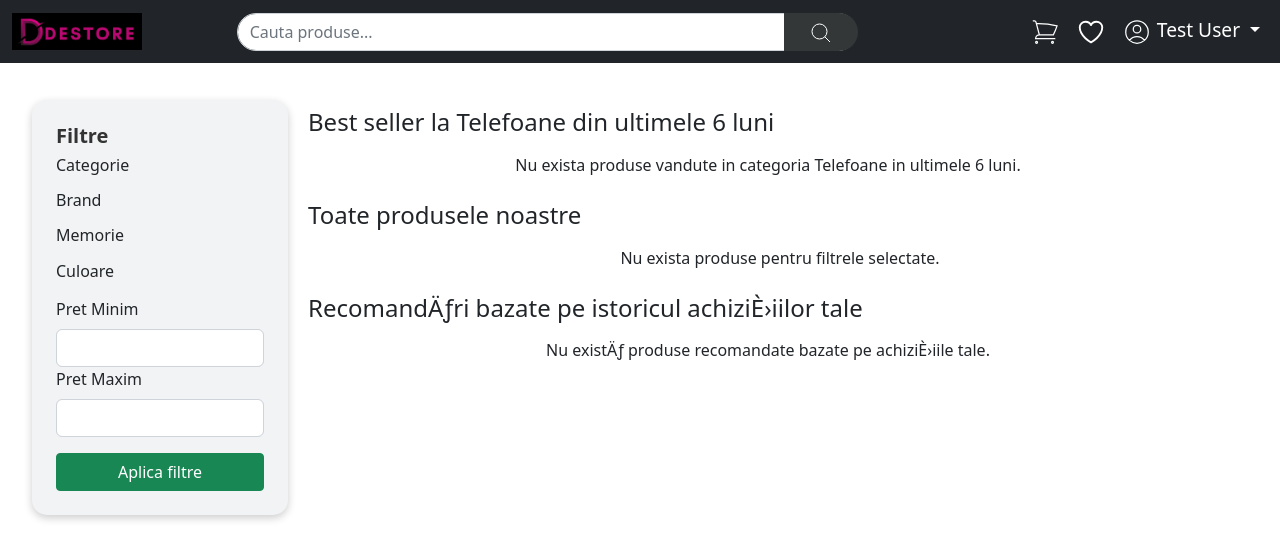
Repository: deni-ITrandafir/E-commerce-app
Page: http://localhost/ddeStore/ProductFilterServlet
These files come from the project's save history. The page is drawn as it stood at one moment and after the next save; the edit follows.
The browser window is 1280 px wide. The pictures show the whole page.
The page is served by Tomcat 10. The session is filled in as if someone had signed in: {"name": "Test User", "prenume": 1, "email": "test@example.com", "ID_Utilizator": 1}. Other server files are loaded and not shown. Queries for data that is not in the repository find no rows.

Above is the page before, as saved 2025-01-14 20:06:45.

### DDEstore Application/ddeStore/src/main/webapp/user/index.jsp

<%@ page import="java.util.List" %>
<%@ page import="java.util.Map" %>
<%@ page import="java.util.Arrays" %>
<%@ page import="java.util.ArrayList" %>


<%
   Map<String, List<String>> filters = (Map<String, List<String>>) request.getAttribute("filters");
   List<Map<String, String>> products = (List<Map<String, String>>) request.getAttribute("products");
%>
<%
    List<Integer> favoriteProductIds = (List<Integer>) request.getAttribute("favoriteProductIds");
%>
<%
    List<Map<String, String>> cartProducts = (List<Map<String, String>>) request.getAttribute("cartProducts");
%>


<!DOCTYPE html>
<html lang="en">
<head>
    <meta charset="UTF-8">
    <meta name="viewport" content="width=device-width, initial-scale=1.0">
    <title>DDEstore</title>
    <link href="https://cdn.jsdelivr.net/npm/bootstrap@5.1.3/dist/css/bootstrap.min.css" rel="stylesheet">
    <link rel="stylesheet" href="/ddeStore/css/user.css">
    <script src="https://code.jquery.com/jquery-3.6.0.min.js"></script>

    <style>
	    .popup {
	    position: fixed;
	    bottom: 20px;
	    right: 20px;
	    background-color: #4caf50;
	    color: white;
	    padding: 10px 20px;
	    border-radius: 5px;
	    box-shadow: 0 2px 5px rgba(0, 0, 0, 0.3);
	    z-index: 1000;
	    animation: fadeInOut 3s ease-in-out;
		}

		.popup.error {
		    background-color: #f44336; /* Roșu pentru erori */
		}

		@keyframes fadeInOut {
		    0% { opacity: 0; transform: translateY(20px); }
		    10% { opacity: 1; transform: translateY(0); }
		    90% { opacity: 1; transform: translateY(0); }
		    100% { opacity: 0; transform: translateY(20px); }
		}

    </style>
</head>
<body>
    <!-- Navbar -->
    <nav class="navbar navbar-expand-lg navbar-dark bg-dark fixed-top">
        <div class="container-fluid">
            <a class="navbar-brand" href="/ddeStore/user/index.jsp">
                <img src="/ddeStore/assets/logo2.jpg" alt="Logo" style="width: 130px;">
            </a>
            <form class="d-flex w-50 position-relative">
			    <input class="form-control me-2" type="search" id="search" name="query" placeholder="Cauta produse..." aria-label="Search" onkeyup="searchProducts(this.value)">
			    <button class="btn buton-cauta position-absolute end-0 py-1 px-4"  type="submit"
			    		style="height: 100%; border-radius: 0px 20px 20px 0px; margin-right: 7px; background-color: #343737; color: white;">
			        <svg xmlns="http://www.w3.org/2000/svg" style="width:24px;" fill="none" viewBox="0 0 24 24" strokeWidth={1.5} stroke="currentColor">
			            <path strokeLinecap="round" strokeLinejoin="round" d="m21 21-5.197-5.197m0 0A7.5 7.5 0 1 0 5.196 5.196a7.5 7.5 0 0 0 10.607 10.607Z" />
			        </svg>
			    </button>
			</form>

			<div id="autocomplete-list" class="autocomplete-items"></div>
            <ul class="navbar-nav mb-2 mb-lg-0">
                <li class="nav-item">
                    <a class="nav-link" href="/ddeStore/CartServlet">
                        <svg xmlns="http://www.w3.org/2000/svg" style="width:30px; height:30px;" fill="none" viewBox="0 0 24 24" strokeWidth="1.5" stroke="currentColor" class="size-6">
                          <path strokeLinecap="round" strokeLinejoin="round" d="M2.25 3h1.386c.51 0 .955.343 1.087.835l.383 1.437M7.5 14.25a3 3 0 0 0-3 3h15.75m-12.75-3h11.218c1.121-2.3 2.1-4.684 2.924-7.138a60.114 60.114 0 0 0-16.536-1.84M7.5 14.25 5.106 5.272M6 20.25a.75.75 0 1 1-1.5 0 .75.75 0 0 1 1.5 0Zm12.75 0a.75.75 0 1 1-1.5 0 .75.75 0 0 1 1.5 0Z" />
                        </svg>
                    </a>
                </li>
                <li class="nav-item">
                    <a class="nav-link" href="/ddeStore/FavoritesServlet">
					    <svg xmlns="http://www.w3.org/2000/svg" style="width:30px; height:30px;" fill="none" viewBox="0 0 24 24" stroke-width="1.5" stroke="currentColor" >
					        <path stroke-linecap="round" stroke-linejoin="round" d="M21 8.25c0-2.485-2.099-4.5-4.688-4.5-1.935 0-3.597 1.126-4.312 2.733-.715-1.607-2.377-2.733-4.313-2.733C5.1 3.75 3 5.765 3 8.25c0 7.22 9 12 9 12s9-4.78 9-12Z" />
					    </svg>
					</a>

                </li>
                <li class="nav-item dropdown">
                    <a class="nav-link dropdown-toggle" href="#" id="navbarDropdown" role="button" data-bs-toggle="dropdown" aria-expanded="false">
                        <svg xmlns="http://www.w3.org/2000/svg" style="width:30px; height:30px;" fill="none" viewBox="0 0 24 24" strokeWidth="1.5" stroke="currentColor" class="size-6">
                          <path strokeLinecap="round" strokeLinejoin="round" d="M17.982 18.725A7.488 7.488 0 0 0 12 15.75a7.488 7.488 0 0 0-5.982 2.975m11.963 0a9 9 0 1 0-11.963 0m11.963 0A8.966 8.966 0 0 1 12 21a8.966 8.966 0 0 1-5.982-2.275M15 9.75a3 3 0 1 1-6 0 3 3 0 0 1 6 0Z" />
                        </svg>
                        <%= session.getAttribute("name") %>
                    </a>
                    <ul class="dropdown-menu dropdown-menu-end" aria-labelledby="navbarDropdown">
                        <li><a class="dropdown-item" href="/ddeStore/user/account.jsp">Cont</a></li>
                        <li><hr class="dropdown-divider"></li>
                        <li><a class="dropdown-item" href="/ddeStore/logout">Logout</a></li>
                    </ul>
                </li>
            </ul>
        </div>
    </nav>

    <div class="container-fluid d-flex justify-content-center align-items-center" style="margin-top: 100px; ">
        <div class="row">
            <!-- Sidebar Filters -->
            <div class="col-filtre">
                <div class="bg-light p-4">
                    <h5>Filtre</h5>
                    <form id="filterForm" action="/ddeStore/ProductFilterServlet" method="get">
                        <!-- Categorie -->
                        <div class="mb-3">
                            <h6>Categorie</h6>
                            <% if (filters != null && filters.containsKey("categories")) {
                                List<String> selectedCategories = request.getParameterValues("categories") != null ? Arrays.asList(request.getParameterValues("categories")) : new ArrayList<>();
                                for (String category : filters.get("categories")) { %>
                                    <div class="form-check">
                                        <input class="form-check-input" type="checkbox" name="categories" value="<%= category %>"
                                            <% if (selectedCategories.contains(category)) { %>checked<% } %>>
                                        <label class="form-check-label"><%= category %></label>
                                    </div>
                            <% }} %>
                        </div>

                        <!-- Brand -->
                        <div class="mb-3">
                            <h6>Brand</h6>
                            <% if (filters != null && filters.containsKey("brands")) {
                                List<String> selectedBrands = request.getParameterValues("brands") != null ? Arrays.asList(request.getParameterValues("brands")) : new ArrayList<>();
                                for (String brand : filters.get("brands")) { %>
                                    <div class="form-check">
                                        <input class="form-check-input" type="checkbox" name="brands" value="<%= brand %>"
                                            <% if (selectedBrands.contains(brand)) { %>checked<% } %>>
                                        <label class="form-check-label"><%= brand %></label>
                                    </div>
                            <% }} %>
                        </div>

                        <!-- Memorie -->
                        <div class="mb-3">
                            <h6>Memorie</h6>
                            <% if (filters != null && filters.containsKey("memories")) {
                                List<String> selectedMemories = request.getParameterValues("memories") != null ? Arrays.asList(request.getParameterValues("memories")) : new ArrayList<>();
                                for (String memory : filters.get("memories")) { %>
                                    <div class="form-check">
                                        <input class="form-check-input" type="checkbox" name="memories" value="<%= memory %>"
                                            <% if (selectedMemories.contains(memory)) { %>checked<% } %>>
                                        <label class="form-check-label"><%= memory %></label>
                                    </div>
                            <% }} %>
                        </div>

                        <!-- Culoare -->
                        <div class="mb-3">
                            <h6>Culoare</h6>
                            <% if (filters != null && filters.containsKey("colors")) {
                                List<String> selectedColors = request.getParameterValues("colors") != null ? Arrays.asList(request.getParameterValues("colors")) : new ArrayList<>();
                                for (String color : filters.get("colors")) { %>
                                    <div class="form-check">
                                        <input class="form-check-input" type="checkbox" name="colors" value="<%= color %>"
                                            <% if (selectedColors.contains(color)) { %>checked<% } %>>
                                        <label class="form-check-label"><%= color %></label>
                                    </div>
                            <% }} %>
                        </div>

                        <!-- Price -->
                        <div class="mb-3">
                            <label for="priceMin" class="form-label">Pret Minim</label>
                            <input type="number" id="priceMin" name="priceMin" class="form-control" value="<%= request.getParameter("priceMin") != null ? request.getParameter("priceMin") : "" %>">
                            <label for="priceMax" class="form-label">Pret Maxim</label>
                            <input type="number" id="priceMax" name="priceMax" class="form-control" value="<%= request.getParameter("priceMax") != null ? request.getParameter("priceMax") : "" %>">
                        </div>
                        <button type="submit" class="btn btn-success w-100">Aplica filtre</button>
                    </form>
                </div>
            </div>



            <!-- Products Section -->
			<div class="col-md-9" style="margin-right:20px;">
			    <div class="row">
				    <!-- Best seller din ultimele 6 luni -->
					<h4 class="text-left p-2">Best seller la Telefoane din ultimele 6 luni</h4>
					<div class="row">
						    <%
						        List<Map<String, String>> bestSellingProducts = (List<Map<String, String>>) request.getAttribute("bestSellingProducts");
						        if (bestSellingProducts != null && !bestSellingProducts.isEmpty()) {
						            for (Map<String, String> product : bestSellingProducts) {
						     %>
					        <div class="col-md-4">
					            <div class="card mb-4">
					                <!-- Icon pentru favorite -->
									<svg xmlns="http://www.w3.org/2000/svg" style="width:25px; height:25px; cursor: pointer;"
									     fill="<%= favoriteProductIds.contains(Integer.parseInt(product.get("ID_Produs"))) ? "red" : "none" %>"
									     viewBox="0 0 24 24" stroke-width="1.5" stroke="currentColor" class="favorite-icon"
									     onclick="toggleFavorite('<%= product.get("ID_Produs") %>', this)">
									    <path stroke-linecap="round" stroke-linejoin="round"
									          d="M21 8.25c0-2.485-2.099-4.5-4.688-4.5-1.935 0-3.597 1.126-4.312 2.733-.715-1.607-2.377-2.733-4.313-2.733C5.1 3.75 3 5.765 3 8.25c0 7.22 9 12 9 12s9-4.78 9-12Z" />
									</svg>

					                <!-- Imaginea produsului -->
					                <img src="<%= product.get("Imagine") %>" class="card-img-top" alt="<%= product.get("Brand") %>">

					                <div class="card-body">
					                    <!-- Titlul produsului -->
					                    <h5 class="card-title"><%= product.get("Brand") %> - <%= product.get("Model") %></h5>

					                    <!-- Informații suplimentare -->
					                    <p class="card-text"><%= product.get("Memorie") %>, <%= product.get("Culoare") %></p>

					                    <!-- Prețul produsului -->
					                    <p class="card-price">
					                        <%= product.get("Pret") %> Lei
					                    </p>

					                    <!-- Buton pentru adăugare în coș -->
										<button class="cart-btn"
												onclick="addToCart('<%= product.get("ID_Produs") %>')">
										    <svg xmlns="http://www.w3.org/2000/svg" fill="none" viewBox="0 0 24 24" strokeWidth="1.5" stroke="currentColor" class="size-6">
										        <path strokeLinecap="round" strokeLinejoin="round" d="M2.25 3h1.386c.51 0 .955.343 1.087.835l.383 1.437M7.5 14.25a3 3 0 0 0-3 3h15.75m-12.75-3h11.218c1.121-2.3 2.1-4.684 2.924-7.138a60.114 60.114 0 0 0-16.536-1.84M7.5 14.25 5.106 5.272M6 20.25a.75.75 0 1 1-1.5 0 .75.75 0 0 1 1.5 0Zm12.75 0a.75.75 0 1 1-1.5 0 .75.75 0 0 1 1.5 0Z" />
										    </svg>
										</button>
					                </div>
					            </div>
					        </div>
					    <%
					            }
					        } else {
					    %>
					        <p class="text-center">Nu exista produse vandute in categoria Telefoane in ultimele 6 luni.</p>
					    <% } %>
					</div>


			    	<!-- Toate produsele -->
			    	<h4 class="text-left p-2">Toate produsele noastre</h4>
			        <% if (products != null && !products.isEmpty()) {
			            for (Map<String, String> product : products) { %>
			                <div class="col-md-4">
			                    <div class="card mb-4">
			                        <!-- Icon pentru favorite -->
									<svg xmlns="http://www.w3.org/2000/svg" style="width:25px; height:25px; cursor: pointer;"
									     fill="<%= favoriteProductIds.contains(Integer.parseInt(product.get("ID_Produs"))) ? "red" : "none" %>"
									     viewBox="0 0 24 24" stroke-width="1.5" stroke="currentColor" class="favorite-icon"
									     onclick="toggleFavorite('<%= product.get("ID_Produs") %>', this)">
									    <path stroke-linecap="round" stroke-linejoin="round"
									          d="M21 8.25c0-2.485-2.099-4.5-4.688-4.5-1.935 0-3.597 1.126-4.312 2.733-.715-1.607-2.377-2.733-4.313-2.733C5.1 3.75 3 5.765 3 8.25c0 7.22 9 12 9 12s9-4.78 9-12Z" />
									</svg>
			                        <!-- Imaginea produsului -->
			                        <img src="<%= product.get("Imagine") %>" class="card-img-top" alt="<%= product.get("Brand") %>">

			                        <div class="card-body">
			                            <!-- Titlul produsului -->
			                            <h5 class="card-title"><%= product.get("Brand") %> - <%= product.get("Model") %></h5>

			                            <!-- Informații suplimentare -->
			                            <p class="card-text"><%= product.get("Memorie") %>, <%= product.get("Culoare") %></p>

			                            <!-- Prețul produsului -->
			                            <p class="card-price">
			                                <%= product.get("Pret") %><sup></sup> Lei
			                            </p>

			                            <!-- Buton pentru adăugare în coș -->
										<button class="cart-btn"
												onclick="addToCart('<%= product.get("ID_Produs") %>')">
										    <svg xmlns="http://www.w3.org/2000/svg" fill="none" viewBox="0 0 24 24" strokeWidth="1.5" stroke="currentColor" class="size-6">
										        <path strokeLinecap="round" strokeLinejoin="round" d="M2.25 3h1.386c.51 0 .955.343 1.087.835l.383 1.437M7.5 14.25a3 3 0 0 0-3 3h15.75m-12.75-3h11.218c1.121-2.3 2.1-4.684 2.924-7.138a60.114 60.114 0 0 0-16.536-1.84M7.5 14.25 5.106 5.272M6 20.25a.75.75 0 1 1-1.5 0 .75.75 0 0 1 1.5 0Zm12.75 0a.75.75 0 1 1-1.5 0 .75.75 0 0 1 1.5 0Z" />
										    </svg>
										</button>




			                        </div>
			                    </div>
			                </div>
			        <% }} else { %>
			            <p class="text-center">Nu exista produse pentru filtrele selectate.</p>
			        <% } %>




<!-- Recomandări produse -->
<h4 class="text-left p-2">Recomandări bazate pe istoricul achizițiilor tale</h4>
<div class="row">
    <%
        List<Map<String, String>> recommendedProducts = (List<Map<String, String>>) request.getAttribute("recommendedProducts");
        if (recommendedProducts != null && !recommendedProducts.isEmpty()) {
            for (Map<String, String> product : recommendedProducts) {
     %>
    <div class="col-md-4">
        <div class="card mb-4">
            <!-- Icon pentru favorite -->
            <svg xmlns="http://www.w3.org/2000/svg" style="width:25px; height:25px; cursor: pointer;"
                 fill="<%= favoriteProductIds.contains(Integer.parseInt(product.get("ID_Produs"))) ? "red" : "none" %>"
                 viewBox="0 0 24 24" stroke-width="1.5" stroke="currentColor" class="favorite-icon"
                 onclick="toggleFavorite('<%= product.get("ID_Produs") %>', this)">
                <path stroke-linecap="round" stroke-linejoin="round"
                      d="M21 8.25c0-2.485-2.099-4.5-4.688-4.5-1.935 0-3.597 1.126-4.312 2.733-.715-1.607-2.377-2.733-4.313-2.733C5.1 3.75 3 5.765 3 8.25c0 7.22 9 12 9 12s9-4.78 9-12Z" />
            </svg>

            <!-- Imaginea produsului -->
            <img src="<%= product.get("Imagine") %>" class="card-img-top" alt="<%= product.get("Brand") %>">

            <div class="card-body">
                <!-- Titlul produsului -->
                <h5 class="card-title"><%= product.get("Brand") %> - <%= product.get("Model") %></h5>

                <!-- Informații suplimentare -->
                <p class="card-text"><%= product.get("Memorie") %>, <%= product.get("Culoare") %></p>

                <!-- Prețul produsului -->
                <p class="card-price">
                    <%= product.get("Pret") %> Lei
                </p>

                <!-- Buton pentru adăugare în coș -->
                <button class="cart-btn"
                        onclick="addToCart('<%= product.get("ID_Produs") %>')">
                    <svg xmlns="http://www.w3.org/2000/svg" fill="none" viewBox="0 0 24 24" strokeWidth="1.5" stroke="currentColor" class="size-6">
                        <path strokeLinecap="round" strokeLinejoin="round" d="M2.25 3h1.386c.51 0 .955.343 1.087.835l.383 1.437M7.5 14.25a3 3 0 0 0-3 3h15.75m-12.75-3h11.218c1.121-2.3 2.1-4.684 2.924-7.138a60.114 60.114 0 0 0-16.536-1.84M7.5 14.25 5.106 5.272M6 20.25a.75.75 0 1 1-1.5 0 .75.75 0 0 1 1.5 0Zm12.75 0a.75.75 0 1 1-1.5 0 .75.75 0 0 1 1.5 0Z" />
                    </svg>
                </button>
            </div>
        </div>
    </div>
    <%
            }
        } else {
    %>
    <p class="text-center">Nu există produse recomandate bazate pe achizițiile tale.</p>
    <% } %>
</div>





			    </div>
			</div>

        </div>
    </div>

    <script src="https://cdn.jsdelivr.net/npm/bootstrap@5.1.3/dist/js/bootstrap.bundle.min.js"></script>
    <script src="/ddeStore/js/user.js"></script>
    <script>
	    function toggleFavorite(productId, iconElement) {
	        // Determină acțiunea pe baza atributului `fill`
	        const currentFill = window.getComputedStyle(iconElement).getPropertyValue("fill");
	        const action = currentFill === "rgb(255, 0, 0)" ? "remove" : "add"; // Verifică dacă este roșu

	        // Creează corpul cererii pentru fetch
	        const formData = new URLSearchParams();
	        formData.append("action", action);
	        formData.append("id", productId);

	        // Trimite cererea către servlet
	        fetch('/ddeStore/FavoritesServlet', {
	            method: 'POST',
	            headers: { 'Content-Type': 'application/x-www-form-urlencoded' },
	            body: formData.toString(),
	        })
	        .then(response => response.json())
	        .then(data => {
	            if (data.success) {
	                // Actualizează culoarea inimii pe baza acțiunii
	                if (action === "add") {
	                    iconElement.style.fill = "red"; // Setează culoarea ca roșu
	                } else if (action === "remove") {
	                    iconElement.style.fill = "none"; // Setează culoarea ca transparent
	                }
	                showPopup(data.message || (action === "add" ? "Produs adăugat la favorite!" : "Produs eliminat din favorite!"));
	            } else {
	                showPopup(data.message || "Eroare la procesare.");
	            }
	        })
	        .catch(error => {
	            console.error("Eroare:", error);
	            showPopup("A apărut o eroare la server. Încercați din nou.");
	        });
	    }

	    function addToCart(productId) {
	        const formData = new URLSearchParams();
	        formData.append("id", productId);

	        fetch('/ddeStore/CartAddServlet', {
	            method: 'POST',
	            headers: { 'Content-Type': 'application/x-www-form-urlencoded' },
	            body: formData.toString(),
	        })
	        .then(response => response.json())
	        .then(data => {
	            if (data.success) {
	                showPopup(data.message || "Produs adăugat în coș!");
	            } else {
	                showPopup(data.message || "Eroare la adăugarea în coș.");
	            }
	        })
	        .catch(error => {
	            console.error("Eroare:", error);
	            showPopup("A apărut o eroare la server. Încercați din nou.");
	        });
	    }

	    function showPopup(message) {
	        const popup = document.createElement('div');
	        popup.className = 'popup';
	        popup.textContent = message;

	        document.body.appendChild(popup);

	        setTimeout(() => {
	            popup.remove();
	        }, 3000); // Popup-ul dispare după 3 secunde
	    }




	</script>

</body>
</html>

### DDEstore Application/ddeStore/src/main/webapp/css/user.css

.navbar {
    background-color: #343a40;
}

.navbar-brand img {
    max-height: 50px;
}

.navbar .form-control {
    border-radius: 20px;
}

.navbar .nav-link {
    color: #ffffff !important;
    font-size: 1.2rem;
}

.navbar .dropdown-menu {
    background-color: #343a40;
    border: none;
}

.navbar .dropdown-menu .dropdown-item {
    color: #ffffff;
}

.navbar .dropdown-menu .dropdown-item:hover {
    background-color: #495057;
    color: #ffffff;
}
.col-filtre{
	width: 300px;
}
.bg-light {
    background-color: #f2f3f4 !important;
    border-radius: 15px;
    box-shadow: 0 3px 9px rgba(0, 0, 0, 0.2);
    margin-left: 20px;
}


.bg-light h5 {
    font-weight: bold;
    color: #333;
}

.bg-light .form-check-label {
    font-size: 0.9rem;
    color: #555;
}

.bg-light .form-check-input {
    accent-color: #007bff;
}

.bg-light .form-control {
    border-radius: 6px;
}

.bg-light .btn-primary {
    background-color: #007bff;
    border: none;
    border-radius: 6px;
    font-weight: bold;
    transition: background-color 0.3s;
}

.bg-light .btn-primary:hover {
    background-color: #0056b3;
}

.card {
    border: 1px solid #e5e5e5;
    border-radius: 10px;
    padding: 10px;
    background-color: #ffffff;
    box-shadow: 0px 2px 6px rgba(0, 0, 0, 0.1);
    transition: transform 0.3s, box-shadow 0.3s;
    position: relative;
}


.card img {
    width: 100%;
    height: auto;
    border-radius: 8px;
    object-fit: contain;
}

.card .badge {
    position: absolute;
    top: 10px;
    left: 10px;
    background: linear-gradient(45deg, #ff0076, #7e00ff);
    color: #fff;
    padding: 5px 10px;
    border-radius: 20px;
    font-size: 0.8rem;
    font-weight: bold;
}

.card .favorite-icon {
    position: absolute;
    top: 10px;
    right: 10px;
    color: #555;
    font-size: 1.5rem;
    cursor: pointer;
    transition: color 0.3s;
}

.card .favorite-icon:hover {
    color: #ff0076;
}

.card-title {
    font-size: 1rem;
    font-weight: bold;
    margin: 10px 0;
    color: #333;
    text-align: left;
}

.card-price {
    font-size: 1.2rem;
    color: #ff0000;
    font-weight: bold;
    text-align: left;
}

.card-price sup {
    font-size: 0.8rem;
}

.card .cart-btn {
    background-color: #007bff;
    color: #ffffff;
    border: none;
    border-radius: 20%;
    width: 40px;
    height: 40px;
    position: absolute;
    bottom: 10px;
    right: 10px;
    display: flex;
    justify-content: center;
    align-items: center;
    box-shadow: 0px 2px 4px rgba(0, 0, 0, 0.1);
    transition: background-color 0.3s, transform 0.3s;
}

.card .cart-btn:hover {
    background-color: #0056b3;
    transform: scale(1.1);
}

Loaded but not shown: DDEstore Application/ddeStore/src/main/webapp/js/user.js (21 lines, source omitted); DDEstore Application/ddeStore/src/main/java/com/example/utils/ProductFilterServlet.java (283 lines, source omitted)

After the next save:
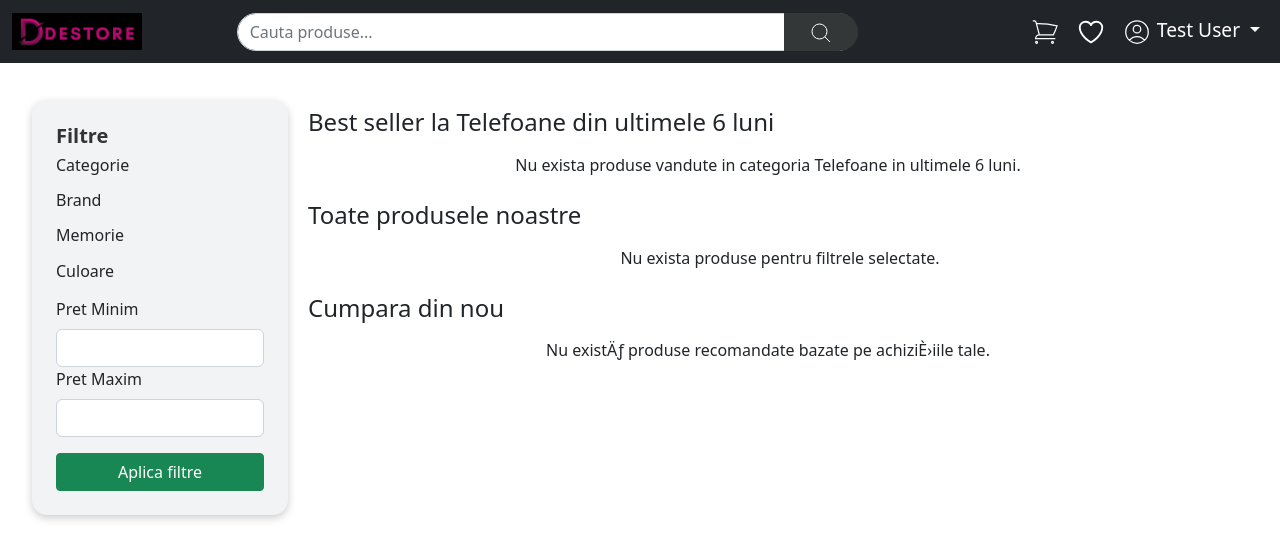
Saved 86 s later.
--- a/DDEstore Application/ddeStore/src/main/webapp/user/index.jsp
+++ b/DDEstore Application/ddeStore/src/main/webapp/user/index.jsp
@@ -289,7 +289,7 @@
 
 
 <!-- Recomandări produse -->
-<h4 class="text-left p-2">Recomandări bazate pe istoricul achizițiilor tale</h4>
+<h4 class="text-left p-2">Cumpara din nou</h4>
 <div class="row">
     <%
         List<Map<String, String>> recommendedProducts = (List<Map<String, String>>) request.getAttribute("recommendedProducts");
